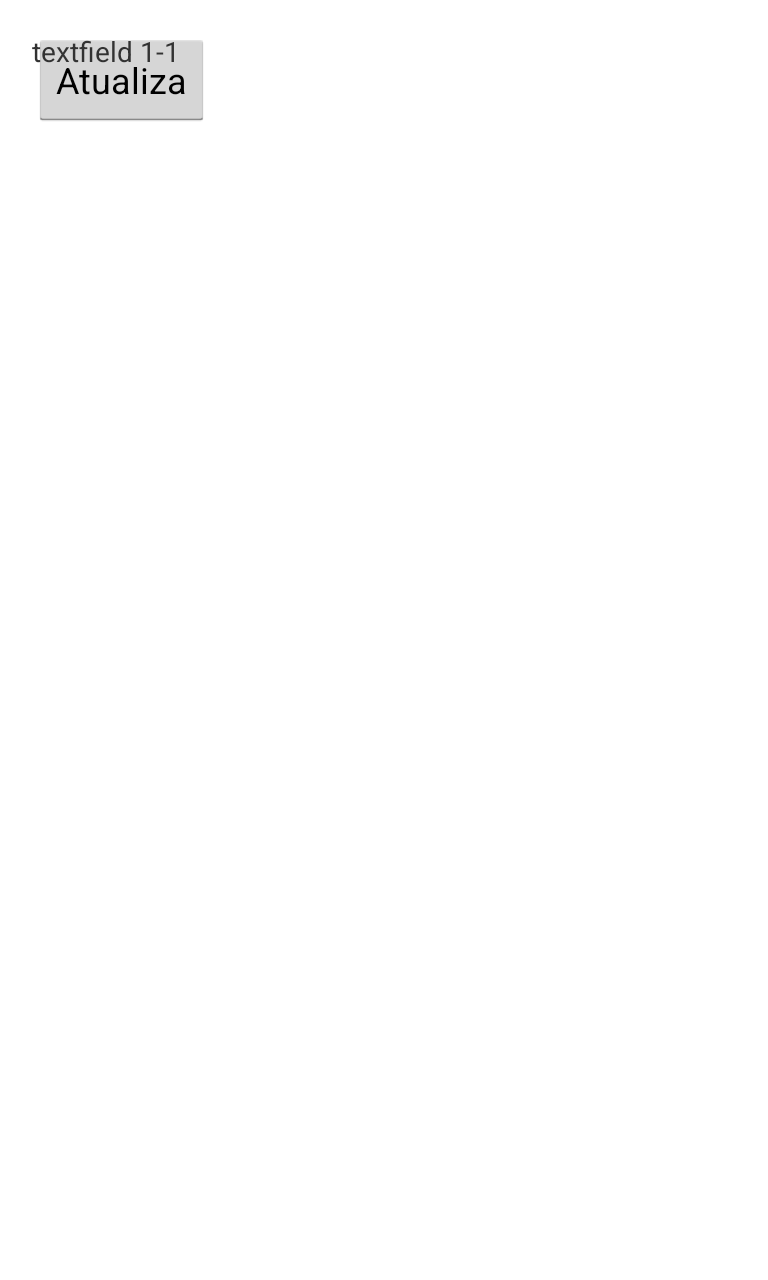
Repository: fernandoreb/android
Layout: MyFirstApp/res/layout/activity_main.xml
The author's editor kept a copy of each file at every save. The layout is drawn from the files as they stood at one save, then again after the next save.
It is drawn on a 768 x 1280 px phone screen (xhdpi) without system bars, with theme AppTheme; the app's code is not run.

Above is the layout before, as saved 2013-07-21 12:35:09.

After the next save:
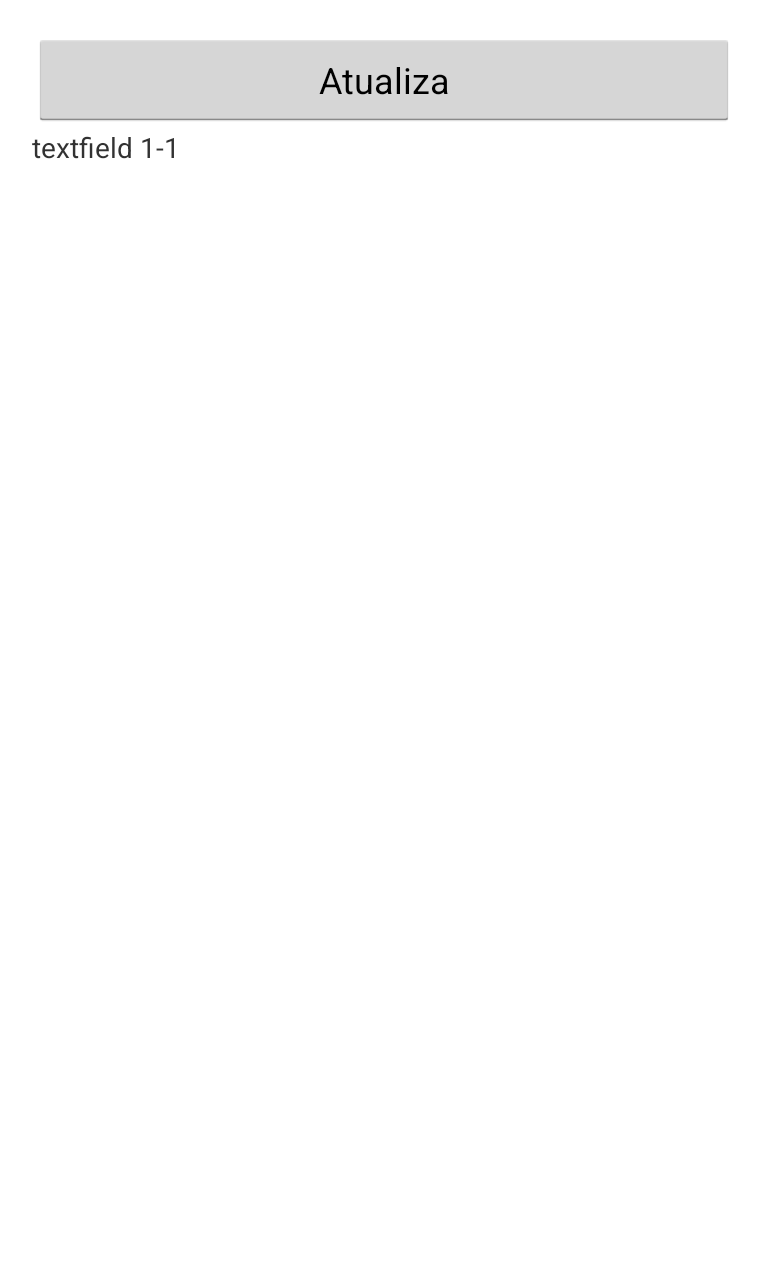
Saved 60 s later.
--- a/MyFirstApp/res/layout/activity_main.xml
+++ b/MyFirstApp/res/layout/activity_main.xml
@@ -8,13 +8,17 @@
     android:paddingTop="@dimen/activity_vertical_margin"
     tools:context=".MainActivity" >
 
-    <Button android:id="@+id/Button01" android:layout_width="wrap_content" android:layout_height="wrap_content" android:text="Atualiza"></Button>
 
     <ScrollView android:id="@+id/ScrollView01" android:layout_width="wrap_content" android:layout_height="wrap_content">
 
   		<TableLayout android:id="@+id/TableLayout01" android:layout_width="fill_parent" android:layout_height="wrap_content" android:stretchColumns="0">
 
-    		<TableRow android:id="@+id/TableRow01" android:layout_width="wrap_content" android:layout_height="wrap_content">
+  		    <TableRow android:id="@+id/TableRow01" android:layout_width="wrap_content" android:layout_height="wrap_content">
+
+ 				<Button android:id="@+id/Button01" android:layout_width="wrap_content" android:layout_height="wrap_content" android:text="Atualiza"></Button>
+
+    		</TableRow>
+    		<TableRow android:id="@+id/TableRow02" android:layout_width="wrap_content" android:layout_height="wrap_content">
 
       			<TextView android:id="@+id/TextView01" android:layout_width="fill_parent" android:layout_height="wrap_content" android:text="textfield 1-1"></TextView>
 
